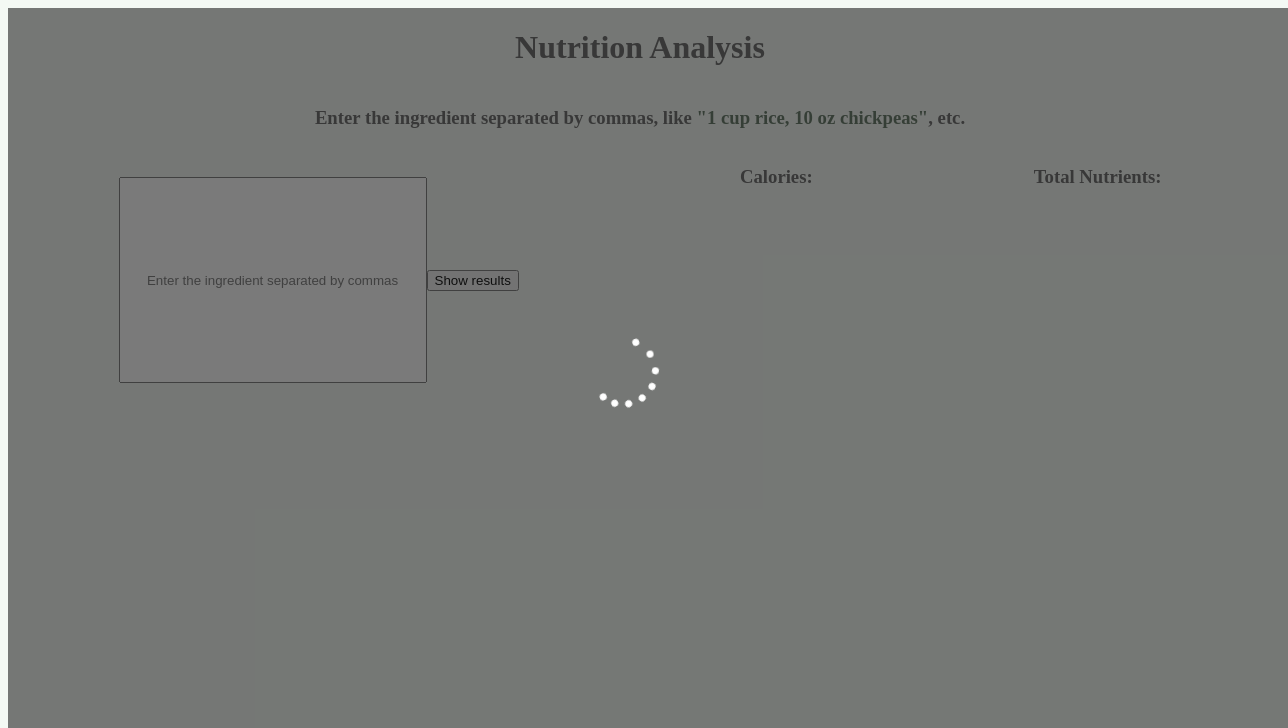
Repository: asya-aisa/nutrition-app
Page: /
The author's editor kept a copy of each file at every save. The page is drawn from the files as they stood at one save, then again after the next save.
The browser window is 1280 px wide. The page is 1288 px wide, so the pictures cover 1288 px, including what lies to the right of the window. The pictures show the whole page.
The page's requests for data from a server got no answer. The project was rebuilt for these pictures with package versions that can differ from the ones it lists, and the page was loaded fresh each time. No one was signed in, and anything a server would have sent is missing. Also part of the build but not shown: src/MyComponent.js.

Above is the page before, as saved 2023-09-25 20:56:59.

After the next save:
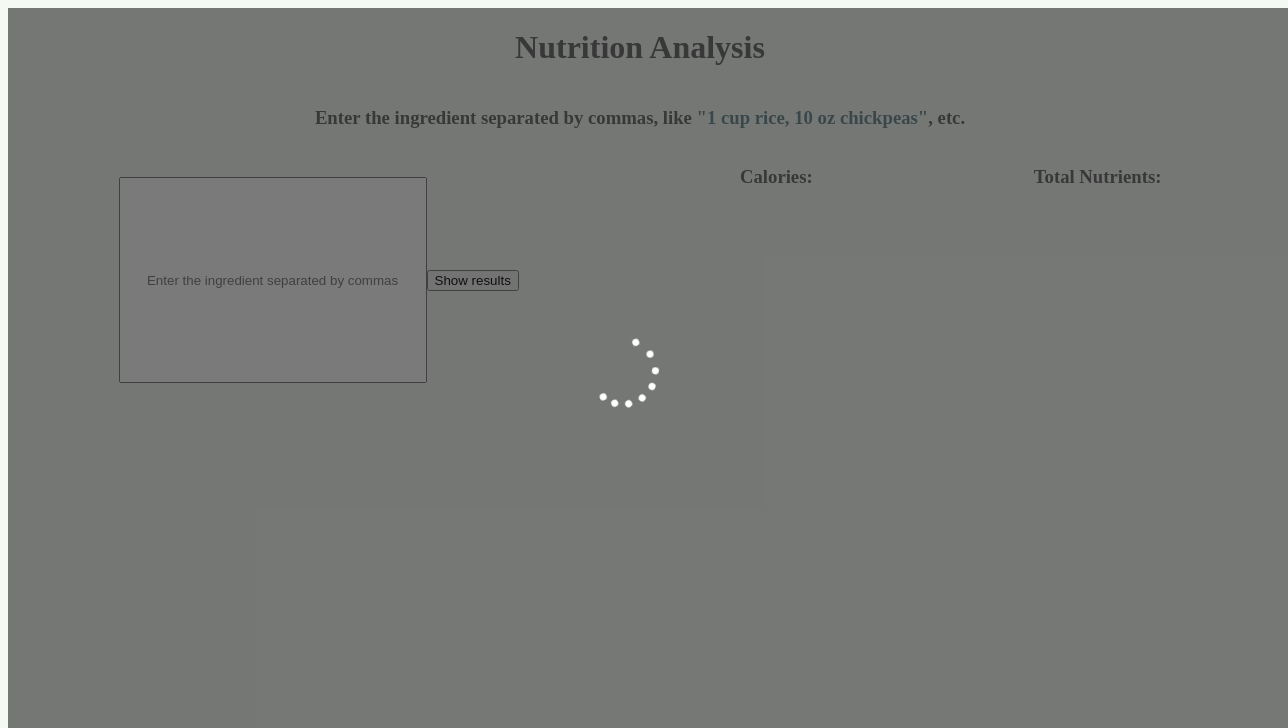
Saved 12 s later.
--- a/src/App.css
+++ b/src/App.css
@@ -24,5 +24,5 @@ input::placeholder {
   text-align: center;
 }
 span {
-  color: #5C715E;
+  color: #64868E;
 }
